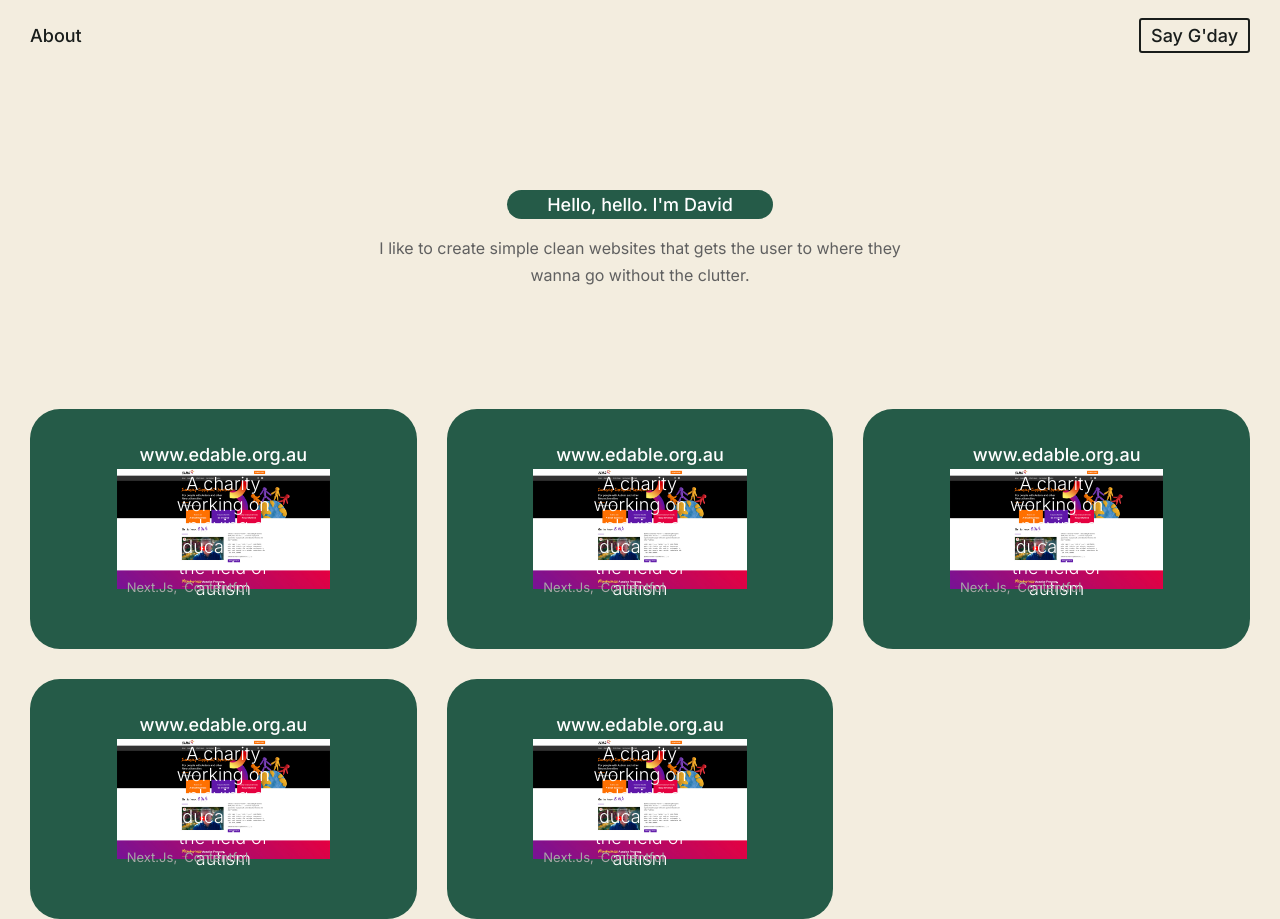
Repository: David-Waite/David-Waite-Portfolio
Page: /
The author's editor kept a copy of each file at every save. The page is drawn from the files as they stood at one save, then again after the next save.
The browser window is 1280 px wide. The pictures show the whole page.
The project was rebuilt for these pictures with package versions that can differ from the ones it lists, and the page was loaded fresh each time. The framework's server and built-in components were replaced by stand-ins that run in the browser. Also part of the build but not shown: next.config.js.

Above is the page before, as saved 2023-07-26 13:10:46.

After the next save:
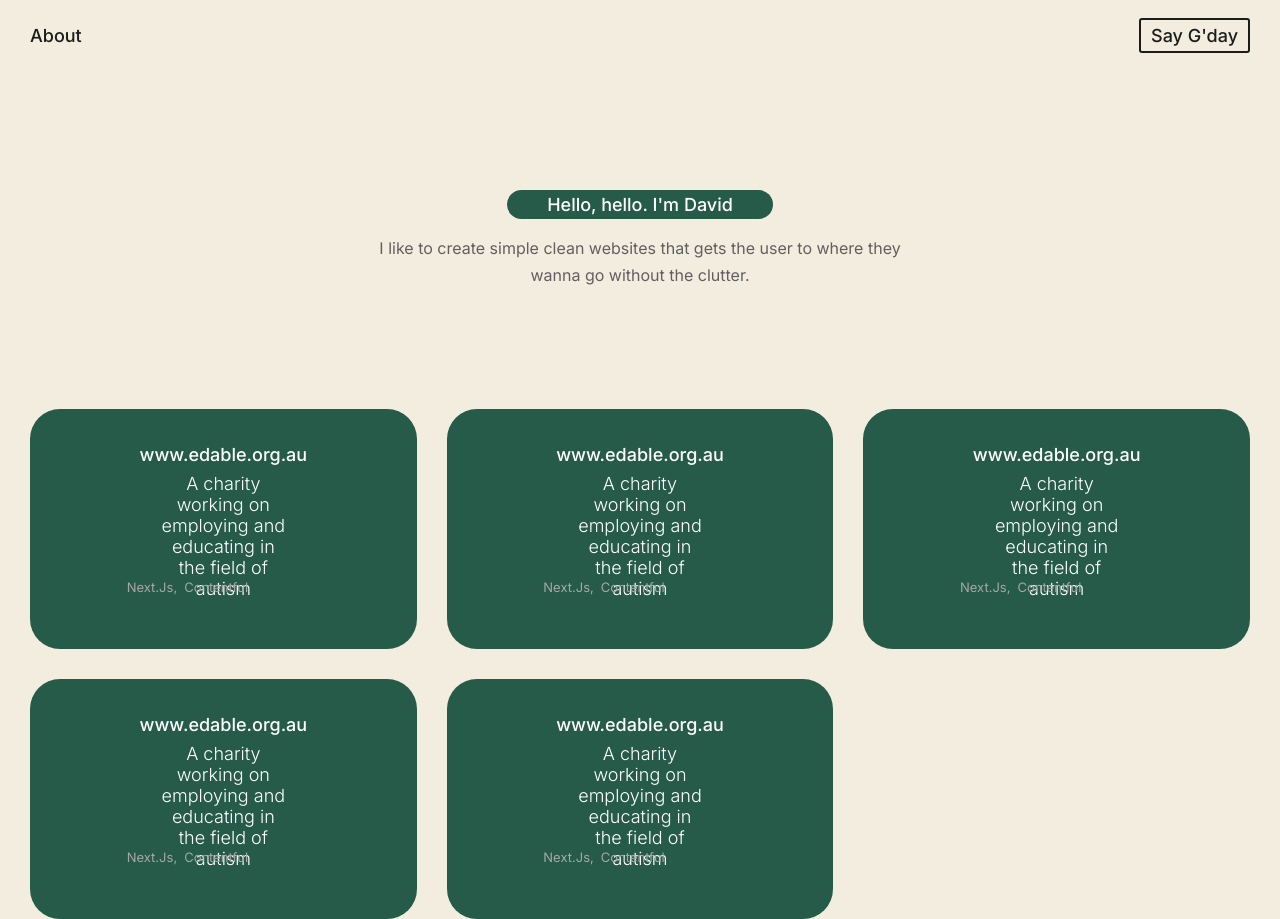
Saved 27 s later.
--- a/app/components/Nav/Home/Projects/projects.module.css
+++ b/app/components/Nav/Home/Projects/projects.module.css
@@ -22,6 +22,7 @@
 }
 .projectImages {
   object-fit: contain;
+  opacity: 0;
 }
 .projectInfo {
   opacity: 1;
